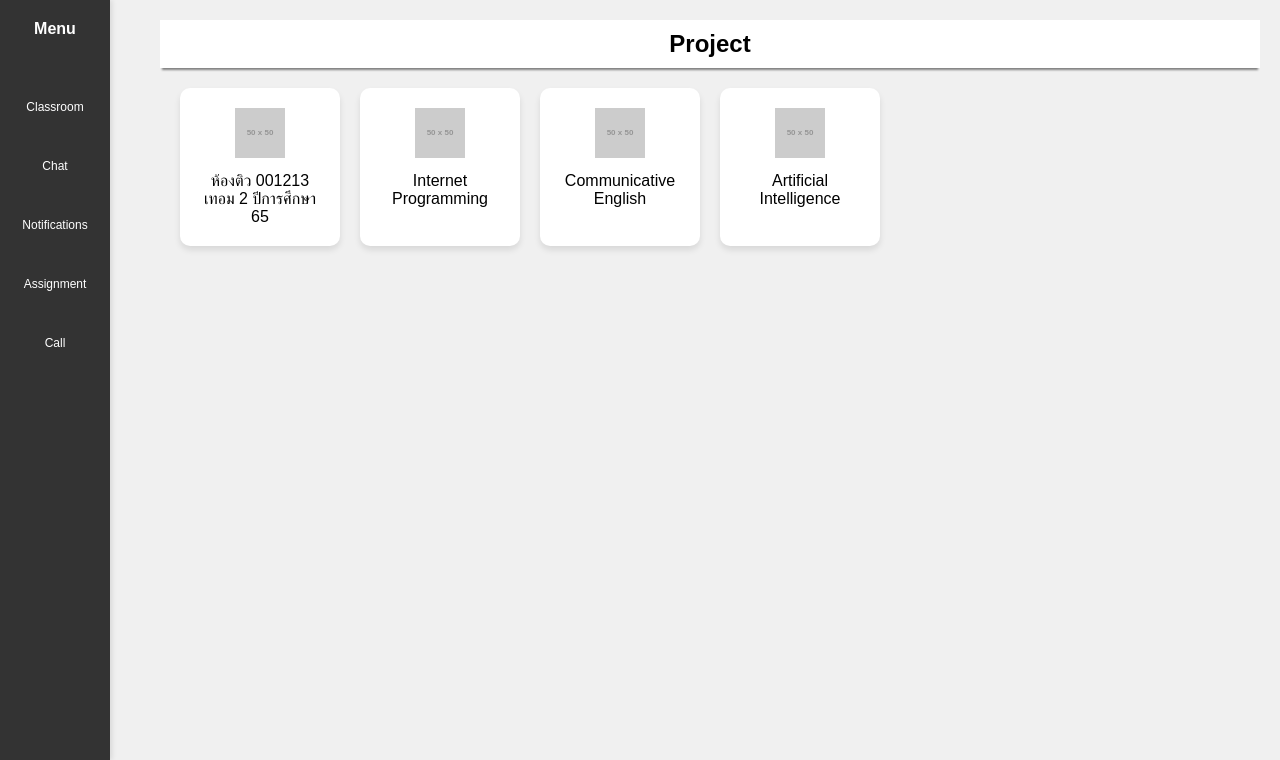
Repository: praifas16/ProPro
Page: docs/studenthead.html
These files come from the project's save history. The page is drawn as it stood at one moment and after the next save; the edit follows.
The browser window is 1280 px wide. The pictures show the whole page.

Above is the page before, as saved 2024-08-21 20:13:08.

### docs/studenthead.html
<!DOCTYPE html>
<html lang="th">
<head>
    <meta charset="UTF-8">
    <meta name="viewport" content="width=device-width, initial-scale=1.0">
    <title>My Dashboard</title>
    <style>
        body {
            font-family: Arial, sans-serif;
            margin: 0;
            padding: 0;
            background-color: #f0f0f0;
            display: flex;
        }

        /* เมนูแถบข้าง */
        .sidebar {
            width: 70px;
            background-color: #333;
            color: white;
            height: 100vh;
            padding: 20px 20px;
            box-shadow: 2px 0 5px rgba(0, 0, 0, 0.1);
            display: flex;
            flex-direction: column;
            align-items: center;
        }

        .menu-header {
            margin-bottom: 40px; /* ปรับระยะห่าง */
            font-size: 16px;
            font-weight: bold;
        }

        .menu-items {
            margin-top: 7px; /* เพิ่มระยะห่างด้านบน เพื่อให้ตรงกับบ็อกสี่เหลี่ยม */
        }

        .sidebar a {
            display: flex;
            flex-direction: column;
            align-items: center;
            color: white;
            padding: 10px;
            text-decoration: none;
            margin-bottom: 20px;
            font-size: 12px;
            text-align: center;
        }

        .sidebar a:hover {
            background-color: #5f5f5f;
            border-radius: 4px;
            width: 80%;
            text-align: center;
        }

        .sidebar i {
            font-size: 24px;
            margin-bottom: 5px;
        }

        /* โครงสร้างหน้าเว็บหลัก */
        .main-content {
            flex-grow: 1;
            padding: 20px 20px 20px 50px; /* เพิ่ม padding ด้านซ้ายเพื่อให้เนื้อหาหลักอยู่ในระนาบเดียวกัน */
        }

        header {
            background-color: #ffffff;
            padding: 10px;
            text-align: center;
            box-shadow: 0px 4px 2px -2px gray;
        }

        h1 {
            margin: 0;
            font-size: 24px;
        }

        .container {
            display: grid;
            grid-template-columns: repeat(auto-fill, minmax(150px, 1fr));
            gap: 20px;
            padding: 20px;
        }

        .card {
            background-color: #ffffff;
            border-radius: 10px;
            box-shadow: 0 4px 6px rgba(0, 0, 0, 0.1);
            text-align: center;
            padding: 20px;
            transition: transform 0.3s;
        }

        .card:hover {
            transform: scale(1.05);
        }

        .card img {
            width: 50px;
            height: 50px;
            margin-bottom: 10px;
        }

        .card p {
            margin: 0;
            font-size: 16px;
        }
    </style>
</head>
<body>
    <!-- เมนูแถบข้าง -->
    <div class="sidebar">
        <div class="menu-header">Menu</div>
        <div class="menu-items">
            <a href="#"><i class="fa fa-home"></i><span>Classroom</span></a>
            <a href="#"><i class="fa fa-users"></i><span>Chat</span></a>
            <a href="#"><i class="fa fa-notificat"></i><span>Notifications</span></a>
            <a href="#"><i class="fa fa-assign"></i><span>Assignment</span></a>
            <a href="#"><i class="fa fa-phone"></i><span>Call</span></a>
        </div>
    </div>

    <!-- เนื้อหาหลัก -->
    <div class="main-content">
        <header>
            <h1>Project</h1>
        </header>
        <div class="container">
            <div class="card">
                <img src="https://via.placeholder.com/50" alt="icon">
                <p>ห้องติว 001213 เทอม 2 ปีการศึกษา 65</p>
            </div>
            <div class="card">
                <img src="https://via.placeholder.com/50" alt="icon">
                <p>Internet Programming</p>
            </div>
            <div class="card">
                <img src="https://via.placeholder.com/50" alt="icon">
                <p>Communicative English</p>
            </div>
            <div class="card">
                <img src="https://via.placeholder.com/50" alt="icon">
                <p>Artificial Intelligence</p>
            </div>
            <!-- เพิ่มเติม Card อื่น ๆ ตามต้องการ -->
        </div>
    </div>
</body>
</html>

After the next save:
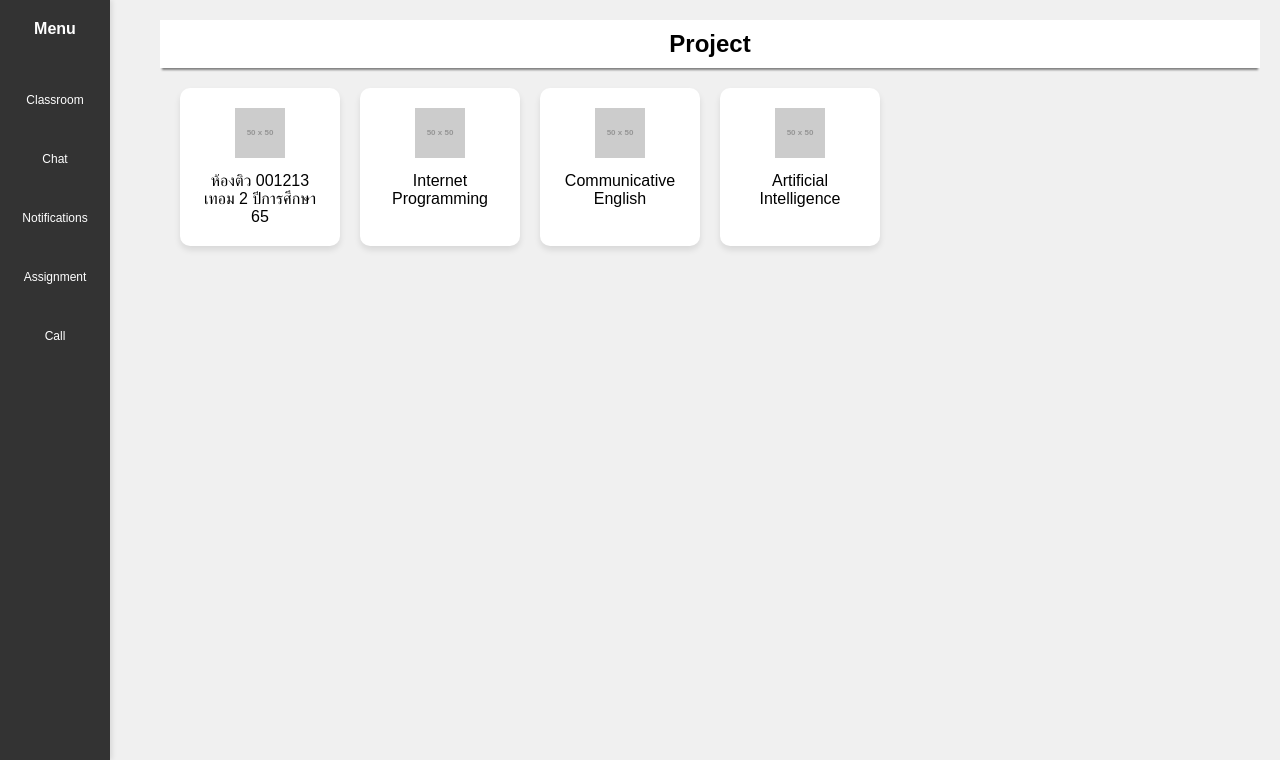
Saved 7 s later.
--- a/docs/studenthead.html
+++ b/docs/studenthead.html
@@ -33,7 +33,7 @@
         }
 
         .menu-items {
-            margin-top: 7px; /* เพิ่มระยะห่างด้านบน เพื่อให้ตรงกับบ็อกสี่เหลี่ยม */
+            margin-top: 0px; /* เพิ่มระยะห่างด้านบน เพื่อให้ตรงกับบ็อกสี่เหลี่ยม */
         }
 
         .sidebar a {
